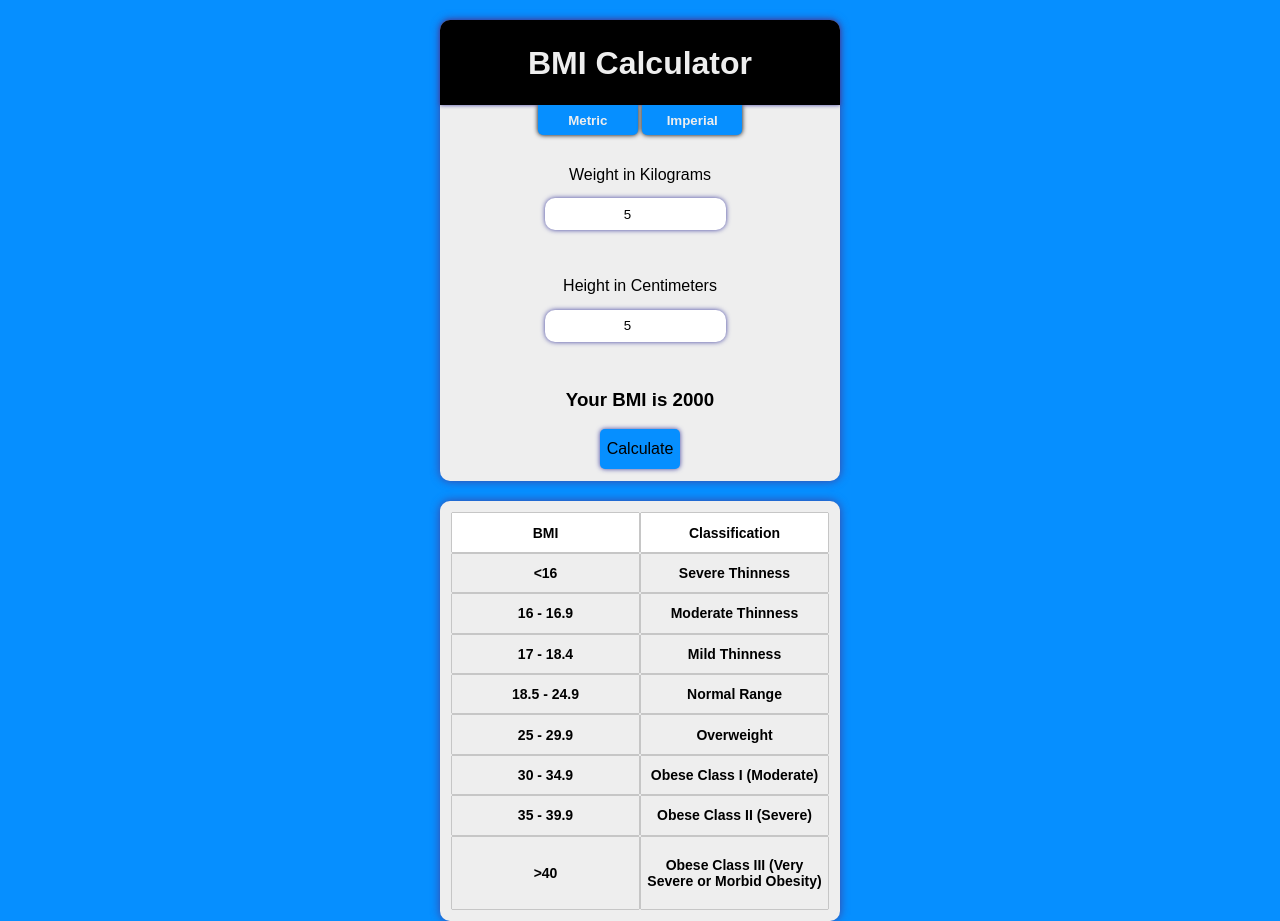
Repository: shayanabedi98/bmi-calculator
Page: index.html
These files come from the project's save history. The page is drawn as it stood at one moment and after the next save; the edit follows.
The browser window is 1280 px wide. The pictures show the whole page.
Empty fields were first filled with sample values (such as "Sample", 5 or name@example.com).
After loading, the first visible `button.calculate` was clicked once.

Above is the page before, as saved 2023-07-24 20:45:19.

After the next save:
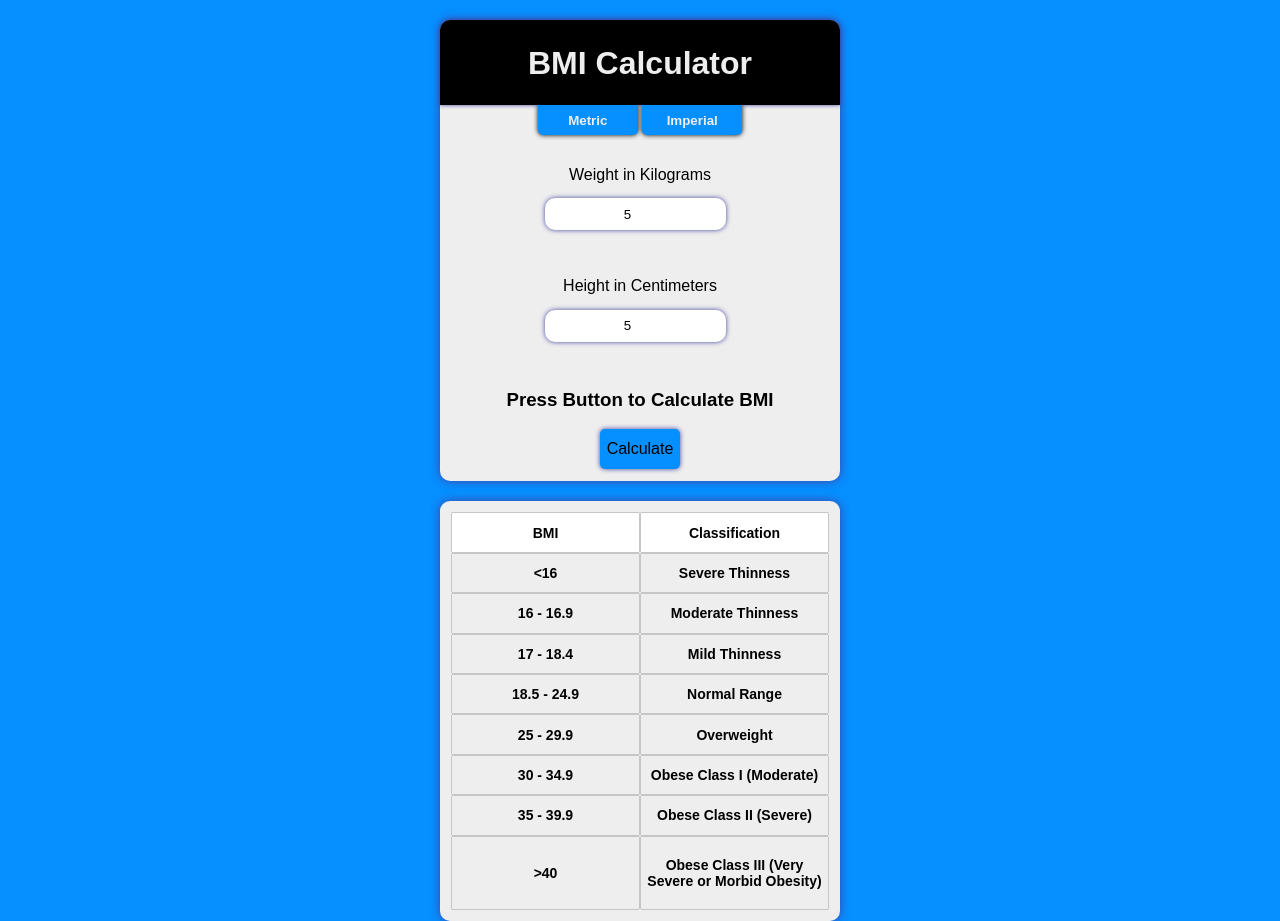
Console error (its wording comes from the project's code and is left out).
Saved 58 s later.
--- a/index.js
+++ b/index.js
@@ -7,8 +7,8 @@
     var inch = document.querySelector('#in').value;
     var metric = document.querySelector('.metric');
     var imperial = document.querySelector('.imperial');
-    var metricBtn = document.querySelectorAll('.system button')[0];
-    var imperialBtn = document.querySelectorAll('.system button')[1];
+    var metricBtn = document.querySelector('#')[0];
+    var imperialBtn = document.querySelector('#')[1];
 
     var lbs2kg = lbs * 0.453
     var ft2m = ((ft * inch) * 2.54) / 100
@@ -24,6 +24,9 @@
     };
 
     imperialBtn.addEventListener('click', function() {
-        document.querySelector('h1').innerHTML = 'Woah'
+        metric.style.visibility = 'hidden';
+        metric.style.height = '0';
+        imperial.style.visibility = 'visible';
+        imperial.style.height = '100%';
     })
 }

After the 2 saves that followed:
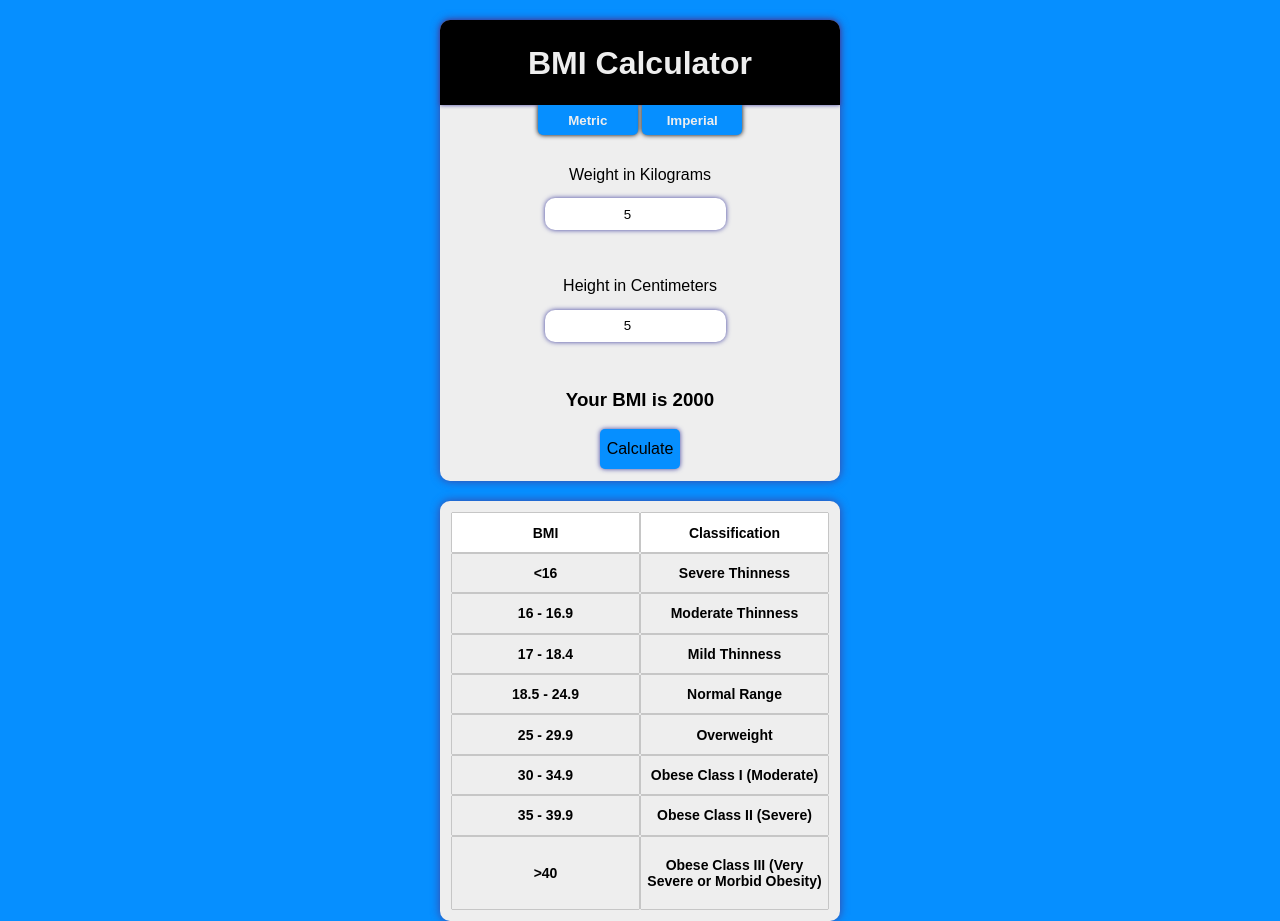
The error is gone.
The 2 saves are shown as one change because 1 left the picture as it was.
The last was saved 40 s later.
--- a/index.html
+++ b/index.html
@@ -11,8 +11,8 @@
         <div class="card">
             <div class="system">
                 <h1>BMI Calculator</h1>
-                <button>Metric</button>
-                <button>Imperial</button>
+                <button id="metric">Metric</button>
+                <button id="imperial">Imperial</button>
             </div>
             <div class="metric">
                 <div class="weight">
--- a/index.js
+++ b/index.js
@@ -7,8 +7,8 @@
     var inch = document.querySelector('#in').value;
     var metric = document.querySelector('.metric');
     var imperial = document.querySelector('.imperial');
-    var metricBtn = document.querySelector('#')[0];
-    var imperialBtn = document.querySelector('#')[1];
+    var metricBtn = document.querySelector('#metric');
+    var imperialBtn = document.querySelector('#imperial');
 
     var lbs2kg = lbs * 0.453
     var ft2m = ((ft * inch) * 2.54) / 100
